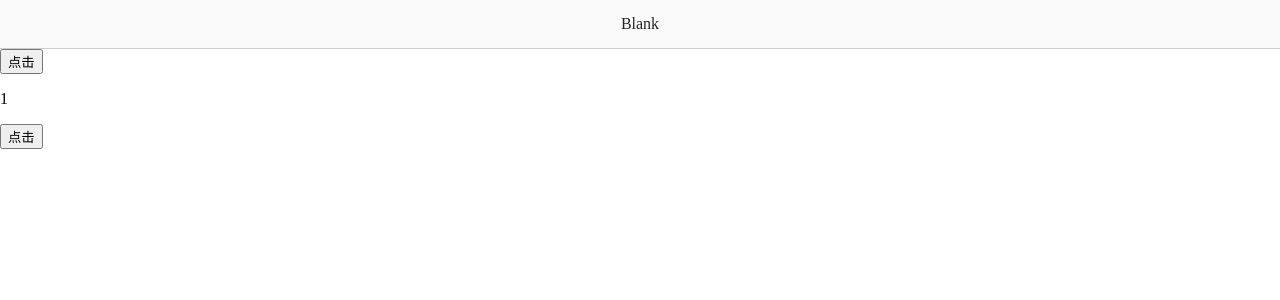
Repository: andycj7/-
Page: web/test2/index.html
The author's editor kept a copy of each file at every save. The page is drawn from the files as they stood at one save, then again after the next save.
The browser window is 1280 px wide. The pictures show the whole page.
After loading, the first visible `#b_1` was clicked once.

Above is the page before, as saved 2020-07-15 01:30:27.

### web/test2/index.html
<html>

<head>
<meta charset="utf-8">
<meta name="viewport"
	content="initial-scale=1, maximum-scale=1, user-scalable=no, width=device-width">
<title>Blank</title>
<link rel="stylesheet" href="css/base.css">
</head>

<body id = "bd_1">
	<div class="title">Blank</div>
	<div class="line"></div>
	<button id = "b_1" onclick="add()">点击</button>
	<p id = 'p1'></p>
</body>
<script>

function add(){
	document.getElementById("p1").innerHTML = "1";
	var button_2 = document.createElement("button");
	button_2.innerHTML = "点击";
	var bd_1 = document.getElementById("bd_1");
	bd_1.appendChild(button_2);

}

</script>
</html>

### web/test2/css/base.css
@charset "UTF-8";

body {
	margin: 0;
}

.title {
	height: 48px;
	font-size: 16px;
	line-height: 48px;
	text-align: center;
	color: rgba(0, 0, 0, .85);
	background-color: #fafafa;
}

.line {
	width: 100%;
	height: 1px;
	background-color: rgb(204, 204, 204);
}

After the next save:
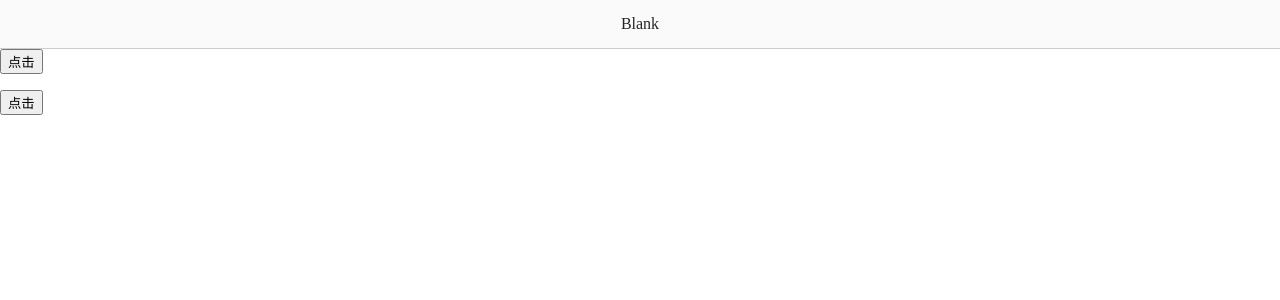
Saved 2 min 21 s later.
--- a/web/test2/index.html
+++ b/web/test2/index.html
@@ -17,11 +17,14 @@
 <script>
 
 function add(){
-	document.getElementById("p1").innerHTML = "1";
 	var button_2 = document.createElement("button");
 	button_2.innerHTML = "点击";
+	var input_1 = document.createElement("inpute");
+
 	var bd_1 = document.getElementById("bd_1");
 	bd_1.appendChild(button_2);
+	bd_1.appendChild(input_1);
+	bd_1.appendChild(input_1);
 
 }
 
